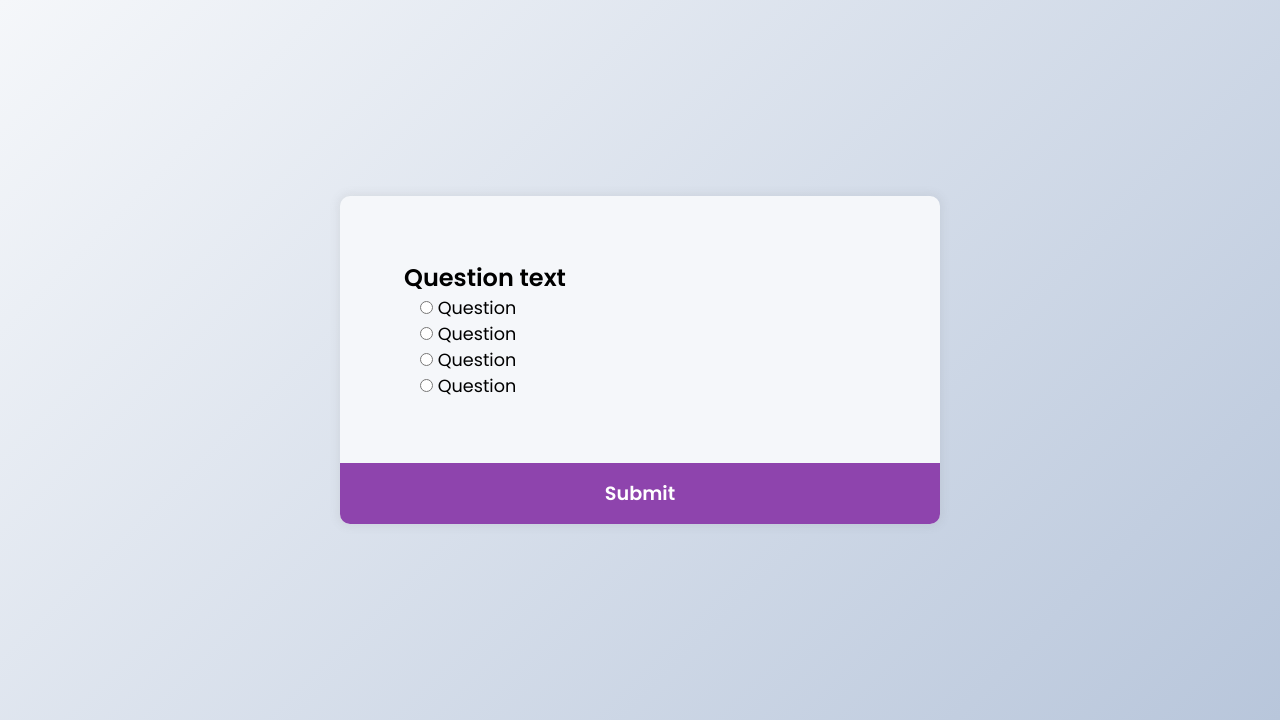
Repository: sevilgenysf/javascript-two
Page: index.html
The author's editor kept a copy of each file at every save. The page is drawn from the files as they stood at one save, then again after the next save.
The browser window is 1280 px wide. The pictures show the whole page.

Above is the page before, as saved 2022-02-27 15:24:13.

### index.html
<!DOCTYPE html>
<html lang="en">

<head>
	<meta charset="UTF-8">
	<meta http-equiv="X-UA-Compatible" content="IE=edge">
	<meta name="viewport" content="width=device-width, initial-scale=1.0">
	<link rel="stylesheet" href="./style.css">
	<script src="./index.js" defer></script>
	<title>javascript Day two</title>
</head>

<body>
	<div>
		<div class="quiz-container">
			<div class="quiz-header">
				<h2>Question text</h2>
				<ul>
					<li>
						<input type="radio" id="a" name="answer">
						<label for="a">Question</label>
					</li>
				</ul>
				<ul>
					<li>
						<input type="radio" id="b" name="answer">
						<label for="b">Question</label>
					</li>
				</ul>
				<ul>
					<li>
						<input type="radio" id="c" name="answer">
						<label for="c">Question</label>
					</li>
				</ul>
				<ul>
					<li>
						<input type="radio" id="d" name="answer">
						<label for="d">Question</label>
					</li>
				</ul>
			</div>
			<button>Submit</button>
		</div>
	</div>
</body>

</html>

### style.css
@import url('https://fonts.googleapis.com/css2?family=Poppins:wght@400;600&family=Roboto:ital,wght@0,300;0,400;0,700;1,500&display=swap');

* {
	margin: 0;
	padding: 0;
	box-sizing: border-box;
}

body {
	display: flex;
	justify-content: center;
	align-items: center;
	background-color: #b8c6db;
	background-image: linear-gradient(315deg, #b8c6db 0%, #f5f7fa 100%);
	font-family: 'Poppins', sans-serif;
	min-height: 100vh;
}

.quiz-container {
	background-color: #f5f7fa;
	width: 600px;
	border-radius: 10px;
	box-shadow: 0 0 10px 2px rgba(100, 100, 100, 0.1);
	max-width: 100%;
	overflow: hidden;
}

.quiz-header {
	padding: 4rem;
}

ul {
	list-style: none;
	padding: 0;
}

ul li {
	font-size: 1.1rem;
	margin: 0 1rem;
}

h2 {
	margin: 0;
}

button {
	background-color: #8e44ad;
	width: 100%;
	padding: 1rem;
	color: #fff;
	font-family: inherit;
	border: none;
	cursor: pointer;
	font-size: 1.2rem;
	font-weight: 600;
	transition: all 0.2s ease-in-out;
}

button:hover {
	background-color: #732d91;
}

### index.js
const quizData = [
	{
		question: 'How old are you?',
		a: '25',
		b: '26',
		c: '27',
		d: '28',
		currect: 'c'
	},
	{
		question: 'What is the most used best programing language in 2019?',
		a: 'Java',
		b: 'C',
		c: 'Python',
		d: 'JavaScript',
		currect: 'a'
	},
	{
		qwstion: 'who is he President of USA?',
		a: 'Trump',
		b: 'Obama',
		c: 'Bush',
		d: 'Clinton',
		currect: 'b'
	},
	{
		question: 'What does HTML stand for?',
		a: 'Hyper Text Markup Language',
		b: 'Cascading style sheet',
		c: 'Jason Object Notation',
		d: 'Aplication Type Markup Language',
		currect: 'a'
	},
	{
		question: 'What year was javaScript launched?',
		a: '1995',
		b: '1996',
		c: '1997',
		d: 'none of the above',
		currect: 'd'
	}
];

After the next save:
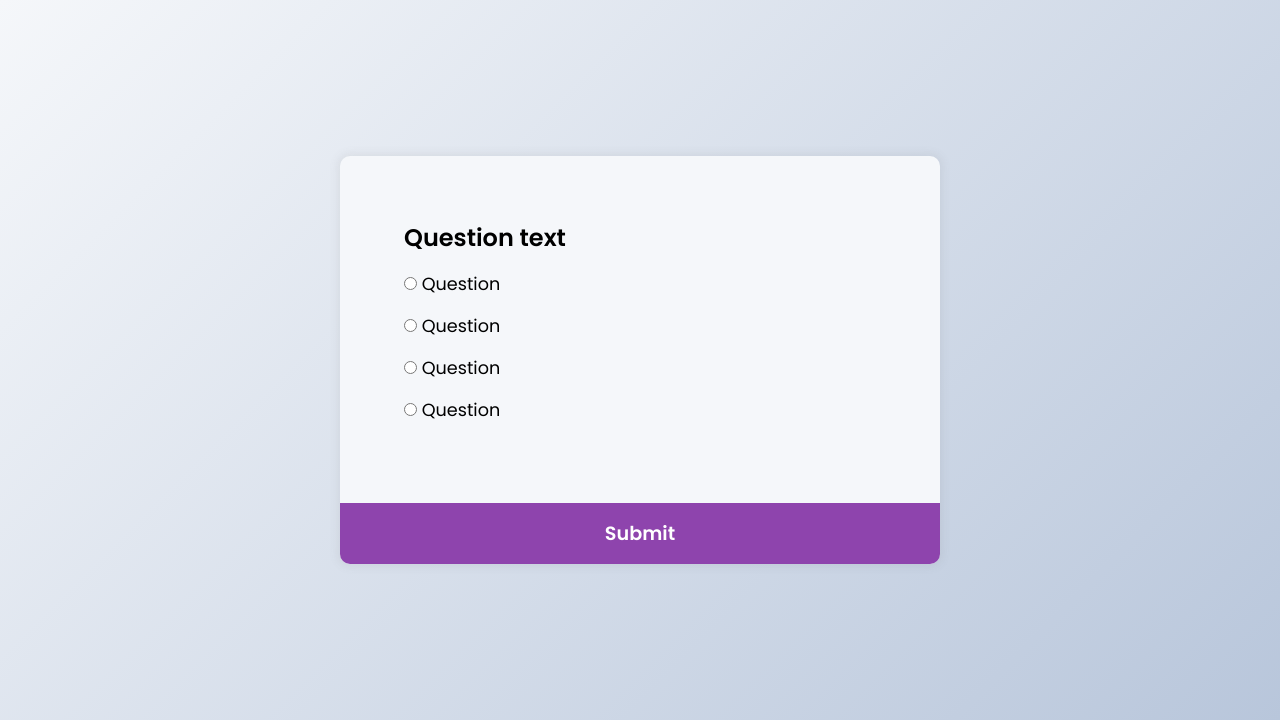
Saved 12 s later.
--- a/style.css
+++ b/style.css
@@ -36,7 +36,7 @@ ul {
 
 ul li {
 	font-size: 1.1rem;
-	margin: 0 1rem;
+	margin: 1rem 0;
 }
 
 h2 {
